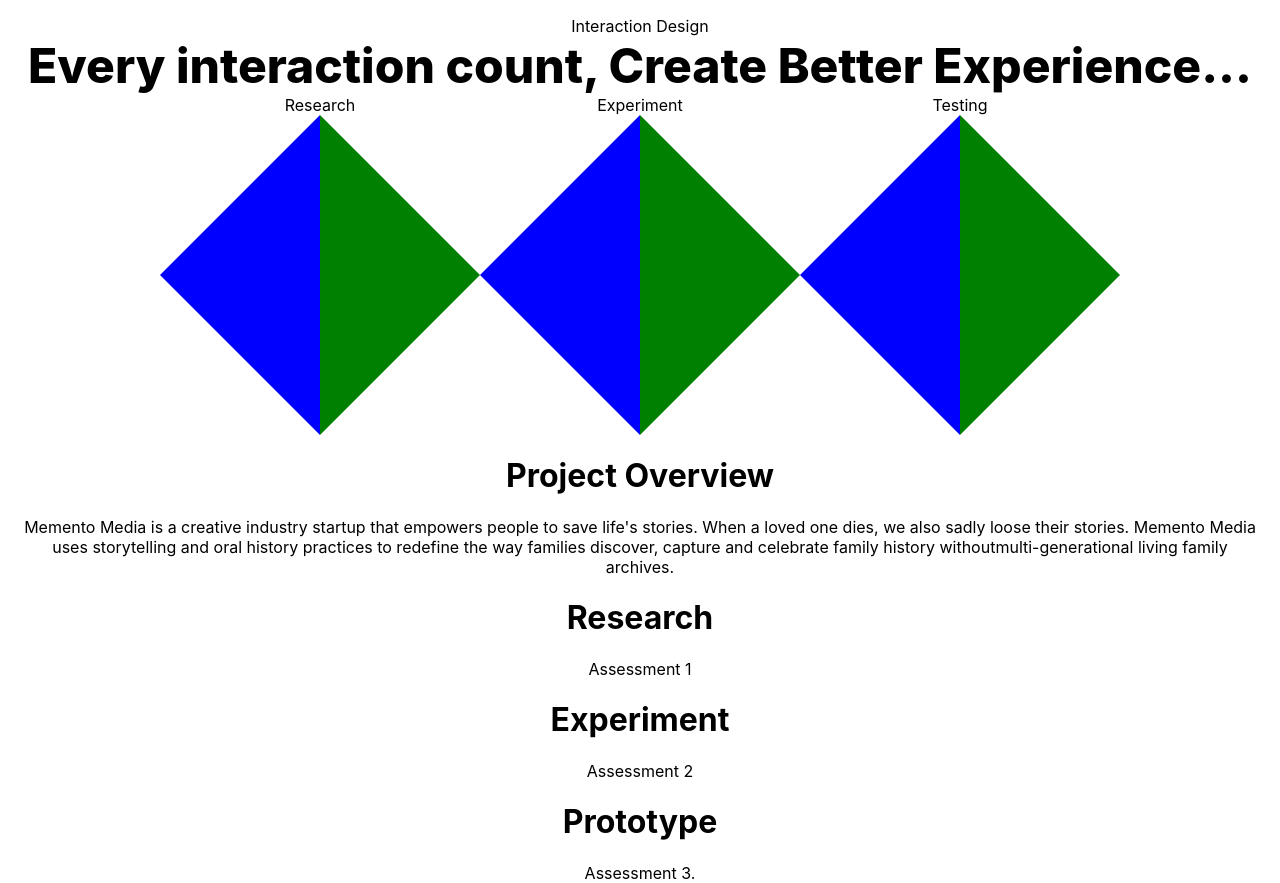
Repository: YingCG/interaction-design
Page: /
These files come from the project's save history. The page is drawn as it stood at one moment and after the next save; the edit follows.
The browser window is 1280 px wide. The pictures show the whole page.
The project was rebuilt for these pictures with package versions that can differ from the ones it lists, and the page was loaded fresh each time.

Above is the page before, as saved 2023-09-07 16:32:59.

### src/App.js
import logo from "./logo.svg";
import "./App.css";
import TripleDiamond from "./TripleDiamond";

function App() {
  return (
    <div className="App">
      Interaction Design
      <TripleDiamond />
    </div>
  );
}

export default App;

### src/App.css
.App {
  text-align: center;
  padding: 1em;
  height: 100vh;
}

.arrow-right {
  width: 0;
  height: 0;
  border-top: 10rem solid transparent;
  border-bottom: 10rem solid transparent;
  border-left: 10rem solid green;
}
.arrow-right:hover {
  border-left: 10rem solid #ffa1f5;
}

.arrow-left {
  width: 0;
  height: 0;
  border-top: 10rem solid transparent;
  border-bottom: 10rem solid transparent;
  border-right: 10rem solid blue;
}
.arrow-left:hover {
  border-right: 10rem solid #ffa1f5;
}

.container {
  display: flex;
  justify-content: center;
  align-items: center;
  width: 100%;
}

.text-content {
  /* padding: 3em; */
  font-size: 3em;
  font-weight: 800;
  flex-direction: column;
}

.triple-diamond {
  display: flex;
  width: 50%;
}

.container-triple {
  display: flex;
  flex-direction: column;
}

.text-above {
  flex-direction: column;
}

### src/TripleDiamond.jsx
import React, { useState } from "react";
import contents from "./data";
import ProjectOverview from "./ProjectOverview";

function TripleDiamond() {
  const [info, setInfo] = useState([]);

  function showInfo() {
    console.log(contents);
    setInfo(contents);
  }
  // const showInfo = () => {

  // }

  return (
    <>
      <div className="text-content">
        Every interaction count, Create Better Experience...
      </div>
      <div className="container">
        <div className="container-triple">
          <div className="text-above">Research</div>
          <div className="triple-diamond">
            <div className="arrow-left" onClick={showInfo}></div>
            <div className="arrow-right"></div>
          </div>
        </div>

        <div className="container-triple">
          <div className="text-above">Experiment</div>
          <div className="triple-diamond">
            <div className="arrow-left"></div>
            <div className="arrow-right"></div>
          </div>
        </div>

        <div className="container-triple">
          <div className="text-above">Testing</div>
          <div className="triple-diamond">
            <div className="arrow-left"></div>
            <div className="arrow-right"></div>
          </div>
        </div>
      </div>
      <div className="information">
        {contents.map((info, index) => (
          <ProjectOverview key={index} {...info} />
        ))}
      </div>
    </>
  );
}

export default TripleDiamond;

### src/data.js
const contents = [
  {
    Title: "Project Overview",
    Description:
      "Memento Media is a creative industry startup that empowers people to save life's stories. When a loved one dies, we also sadly loose their stories. Memento Media uses storytelling and oral history practices to redefine the way families discover, capture and celebrate family history withoutmulti-generational living family archives.",
  },
  {
    Title: "Research",
    Description: "Assessment 1",
  },
  {
    Title: "Experiment",
    Description: "Assessment 2",
  },
  {
    Title: "Prototype",
    Description: "Assessment 3.",
  },
];

export default contents;

### src/ProjectOverview.js
import React from "react";

function ProjectOverview(props) {
  return (
    <div className="information">
      <h1> {props.Title}</h1>
      <p> {props.Description}</p>
    </div>
  );
}

export default ProjectOverview;

Loaded but not shown: public/index.html (common file); src/index.js (common file); src/index.css (common file); src/reportWebVitals.js (common file)

After the next save:
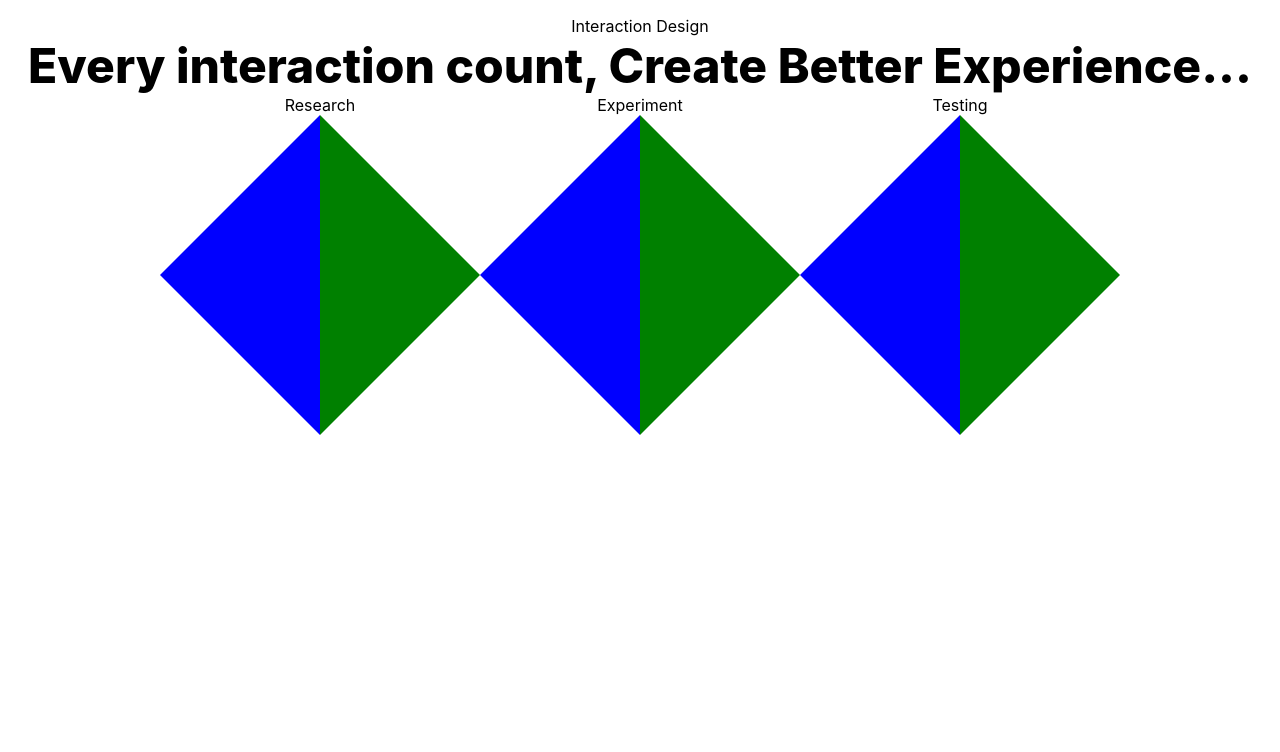
Saved 41 s later.
--- a/src/TripleDiamond.jsx
+++ b/src/TripleDiamond.jsx
@@ -43,11 +43,7 @@ function TripleDiamond() {
           </div>
         </div>
       </div>
-      <div className="information">
-        {contents.map((info, index) => (
-          <ProjectOverview key={index} {...info} />
-        ))}
-      </div>
+      <div className="information">{info}</div>
     </>
   );
 }
